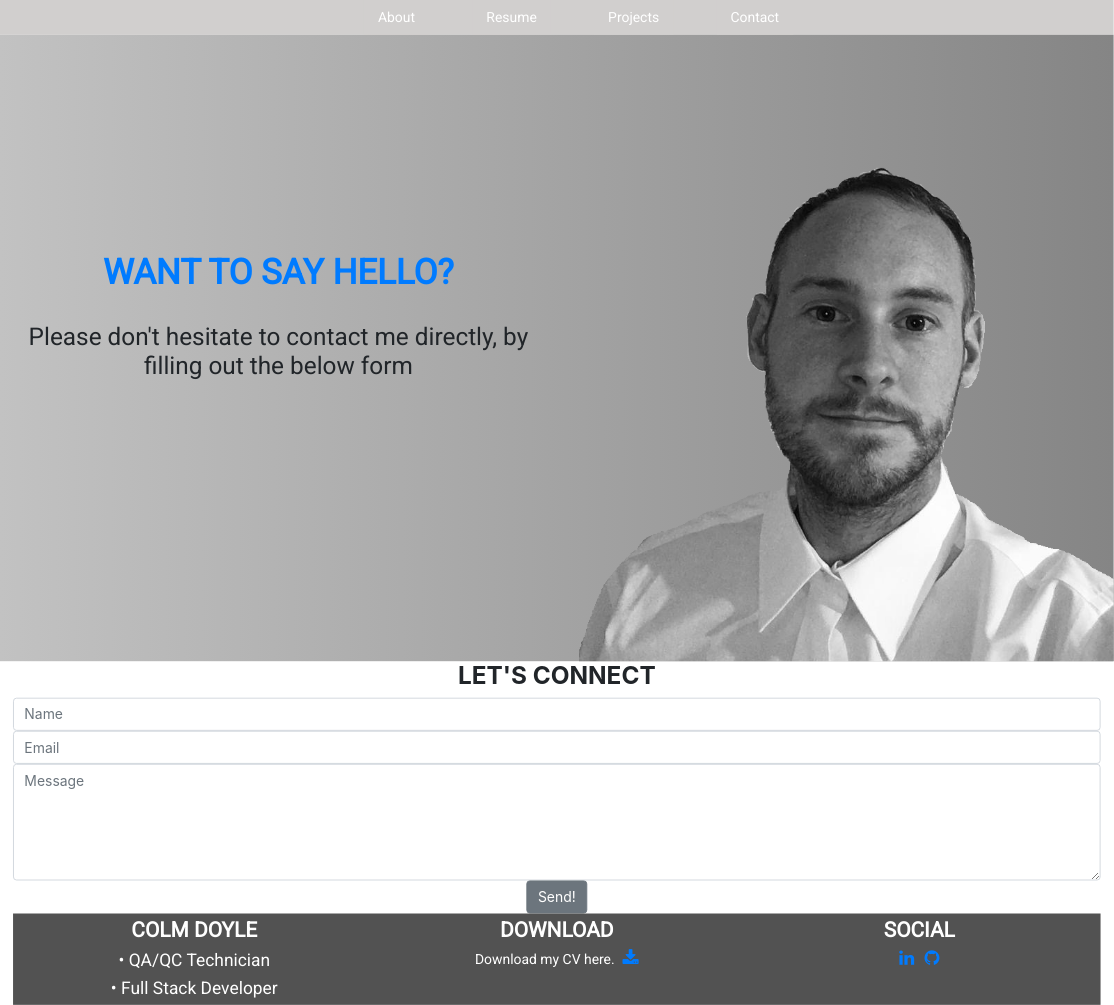
Repository: Code-Institute-Submissions/collyd21-milestone1
Page: contact.html
The author's editor kept a record of every edit. The page is drawn from the files as they stood at one moment, then again after the next edit.
The browser window is 1280 px wide. The pictures show the whole page, at 87% of full size.
Some web libraries are served in a nearby version.

Above is the page before.

After the next edit:
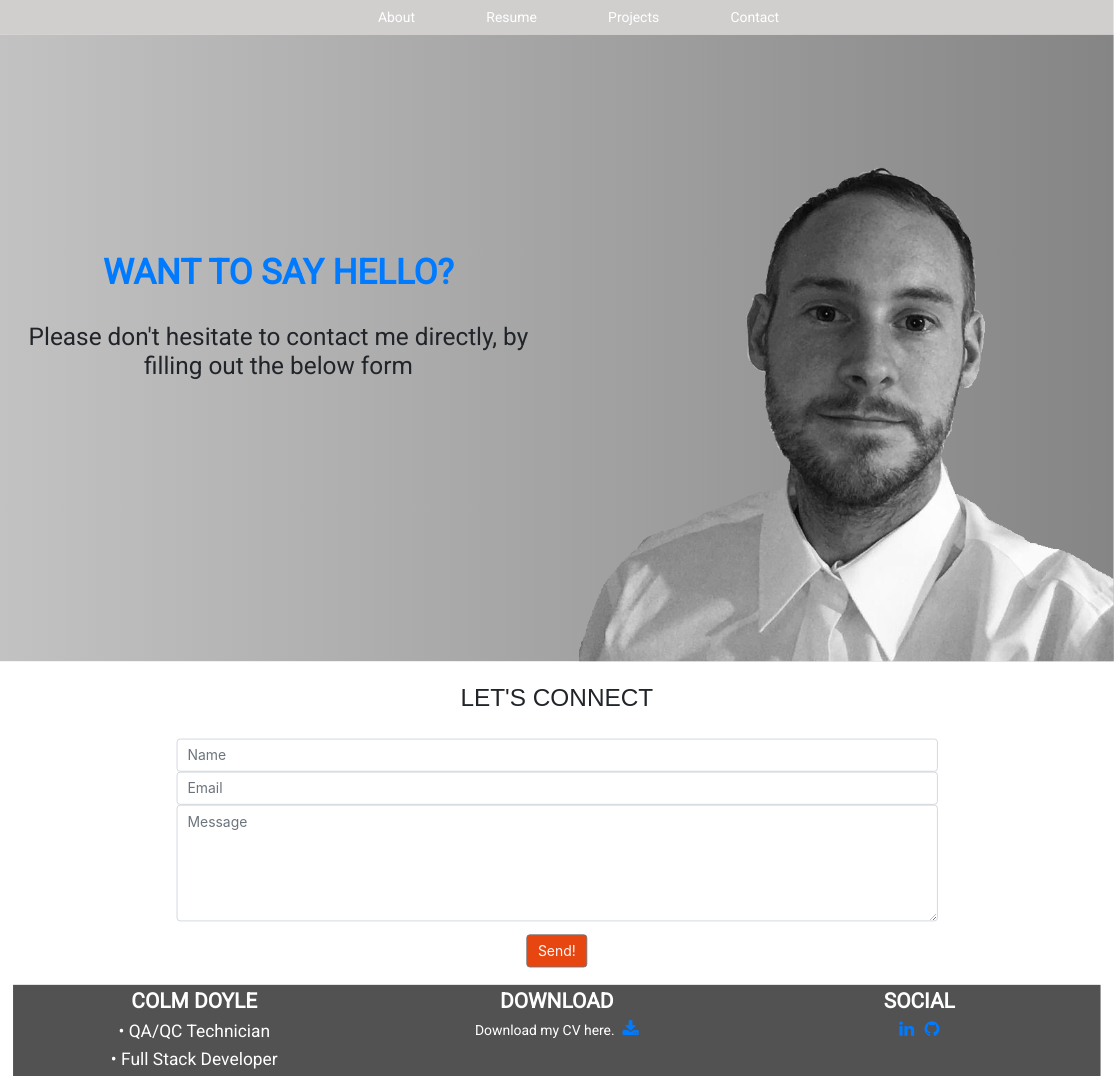
The edit:
--- a/assets/css/style.css
+++ b/assets/css/style.css
@@ -143,3 +143,25 @@
 .accreditation {
     background-color: #fafafa;
 }
+
+
+
+.contact-heading {
+    font-family: "Exo", sans-serif;
+    font-weight: 300;
+    margin-top: 25px;
+    margin-bottom: 20px;
+}
+
+.center-form {
+    padding-top: 10px;
+    margin: 0 auto;
+    max-width: 70%;
+}
+
+button[type="submit"] {
+    margin-top: 15px;
+    margin-bottom: 20px;
+    color: #fafafa;
+    background-color: #e84610;
+}
